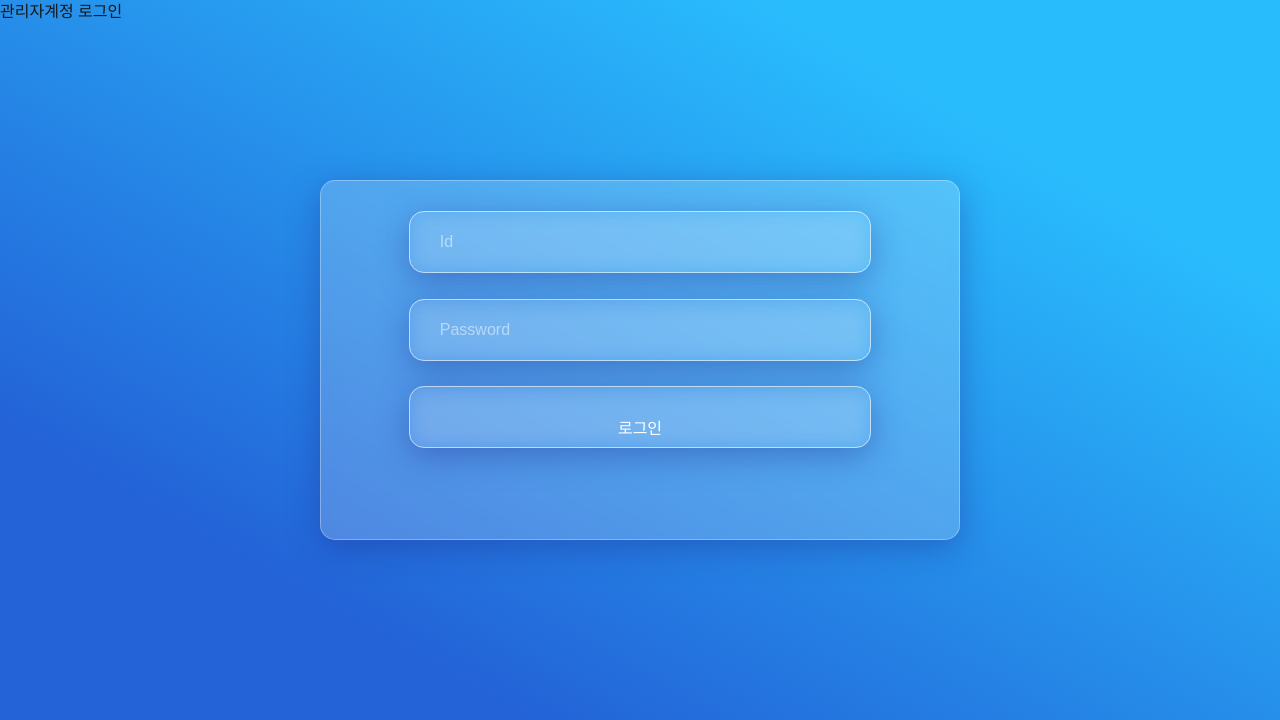
Repository: LEEYONGJUN3068/cms
Page: /login
These files come from the project's save history. The page is drawn as it stood at one moment and after the next save; the edit follows.
The browser window is 1280 px wide. The pictures show the whole page.
The page's requests for data from a server got no answer. The project was rebuilt for these pictures with package versions that can differ from the ones it lists, and the page was loaded fresh each time. The framework's server and built-in components were replaced by stand-ins that run in the browser. No one was signed in, and anything a server would have sent is missing. Also part of the build but not shown: next.config.mjs.

Above is the page before, as saved 2025-09-23 13:46:15.

### src/app/layout.js
import { Geist, Geist_Mono } from "next/font/google";
import "./globals.css";
import AppLoader from "@/components/AppLoader";

const geistSans = Geist({
  variable: "--font-geist-sans",
  subsets: ["latin"],
});

const geistMono = Geist_Mono({
  variable: "--font-geist-mono",
  subsets: ["latin"],
});

export const metadata = {
  title: "Create Next App",
  description: "Generated by create next app",
};

export default function RootLayout({ children }) {
  return (
    <html lang="en">
      <body
        className={`${geistSans.variable} ${geistMono.variable} antialiased`}
      >
        <AppLoader>{children}</AppLoader>
      </body>
    </html>
  );
}

### src/app/login/page.jsx
'use client'
import { useState } from 'react'
import { supabase } from '@/lib/supabaseClient'
import { useRouter } from 'next/navigation'
import styles from './login.module.scss'

export default function Login() {
  const [email,setEmail] = useState('')
  const [password,setPassword] = useState('')
  const router = useRouter()

  const handleLogin = async (e) => {
    e.preventDefault()
    const { data, error } = await supabase.auth.signInWithPassword({ email, password })
    if (error) alert(error.message)
    else router.push('/dashboard')
  }

  return (
    <div className={styles.loginContainer}>
      <h2>관리자계정 로그인</h2>
      <div className={styles.form}>
        <form onSubmit={handleLogin}>
          <input
            type="email"
            placeholder="Id"
            value={email}
            onChange={(e)=>setEmail(e.target.value)}
            required
          />
          <input
            type="password"
            placeholder="Password"
            value={password}
            onChange={(e)=>setPassword(e.target.value)}
            required
          />
          <button type="submit" className={styles.loginBtn}>로그인</button>
        </form>
      </div>
    </div>
  )
}

### src/components/AppLoader.jsx
"use client";

import { useState, useEffect } from "react";
import dynamic from 'next/dynamic'; // dynamic import 추가

// LoadingScreen 컴포넌트를 dynamic으로 불러오고, ssr을 false로 설정합니다.
// 이렇게 하면 이 컴포넌트는 오직 브라우저에서만 렌더링됩니다.
const LoadingScreen = dynamic(() => import('./LoadingScreen'), { ssr: false });

const AppLoader = ({ children }) => {
  const [loading, setLoading] = useState(true);

  useEffect(() => {
    const isFirstVisit = sessionStorage.getItem("isFirstVisit");

    if (isFirstVisit) {
      setLoading(false);
    } else {
      sessionStorage.setItem("isFirstVisit", "false");
      setTimeout(() => {
        setLoading(false);
      }, 3000);
    }
  }, []);

  return loading ? <LoadingScreen /> : <>{children}</>;
};

export default AppLoader;

### src/app/login/login.module.scss
.loginContainer{
    background: linear-gradient(to bottom left, #29bcfd 20%, #2362d7 80%);
    width: 100%;
    height: 100vh;

    .form{
        position: absolute;
        left: 50%;
        top: 50%;
        transform: translate(-50%, -50%);
        width: 50%;
        height: 50vh;
        background: rgba(255, 255, 255, 0.2);
        backdrop-filter: blur(10px);
        -webkit-backdrop-filter: blur(10px); /* Safari 브라우저 지원 */
        border: 1px solid rgba(255, 255, 255, 0.3);
        box-shadow: 0 8px 32px 0 rgba(31, 38, 135, 0.37);
        border-radius: 15px;
        padding: 30px;
        color: white;

        input{
            width: 80%;
            height: 5vh;
            backdrop-filter: blur(10px);
            -webkit-backdrop-filter: blur(10px); /* Safari 브라우저 지원 */
            border: 1px solid rgba(255, 255, 255, 0.6);
            box-shadow: 0 8px 32px 0 rgba(31, 38, 135, 0.37);
            border-radius: 15px;
            padding: 30px;
            color: white;
            margin-bottom: 2vw;
        }

        form{
            display: flex;
            flex-direction: column;
            justify-content: center;
            align-items: center;
        }

        .loginBtn{
            width: 80%;
            height: 5vh;
            backdrop-filter: blur(10px);
            -webkit-backdrop-filter: blur(10px); /* Safari 브라우저 지원 */
            border: 1px solid rgba(255, 255, 255, 0.6);
            box-shadow: 0 8px 32px 0 rgba(31, 38, 135, 0.37);
            border-radius: 15px;
            padding: 30px;
            color: white;
            margin-bottom: 2vw;
        }
    }
}

### src/components/LoadingScreen.jsx
"use client";

// lottie-react에서 Player를 가져옵니다.
import { Player } from "@lottiefiles/react-lottie-player";

const LoadingScreen = () => {
  return (
    <div style={{
      position: 'fixed',
      top: 0,
      left: 0,
      width: '100%',
      height: '100%',
      backgroundColor: '#000',
      display: 'flex',
      flexDirection: 'column',
      justifyContent: 'center',
      alignItems: 'center',
      zIndex: 9999,
    }}>
        <p style={{
            fontSize: 'clamp(0px, 5vw, 32px)',
            fontWeight: 'bold',
        }}>
          포트폴리오 화면을 구성중입니다
        </p>
        <Player
          autoplay
          loop
          src="https://lottie.host/dfe9ce55-f0b7-4bb0-bcd2-241897b61dec/JhkEyDhSuU.json"
          style={{ width: 'clamp(0px, 50vw, 300px)', height: 'auto' }}
        />
    </div>
  );
};

export default LoadingScreen;

Loaded but not shown: src/app/globals.css (common file); src/lib/supabaseClient.js (common file)

After the next save:
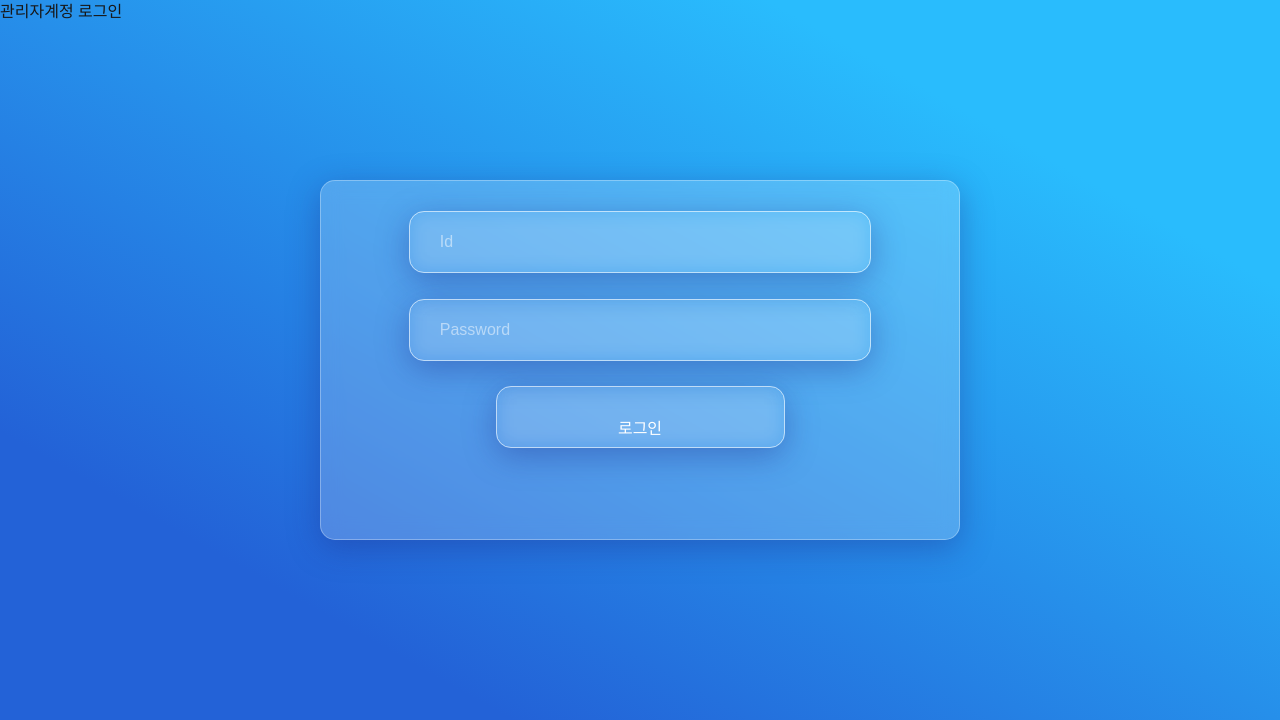
Saved 16 s later.
--- a/src/app/login/login.module.scss
+++ b/src/app/login/login.module.scss
@@ -40,7 +40,7 @@
         }
 
         .loginBtn{
-            width: 80%;
+            width: 50%;
             height: 5vh;
             backdrop-filter: blur(10px);
             -webkit-backdrop-filter: blur(10px); /* Safari 브라우저 지원 */
